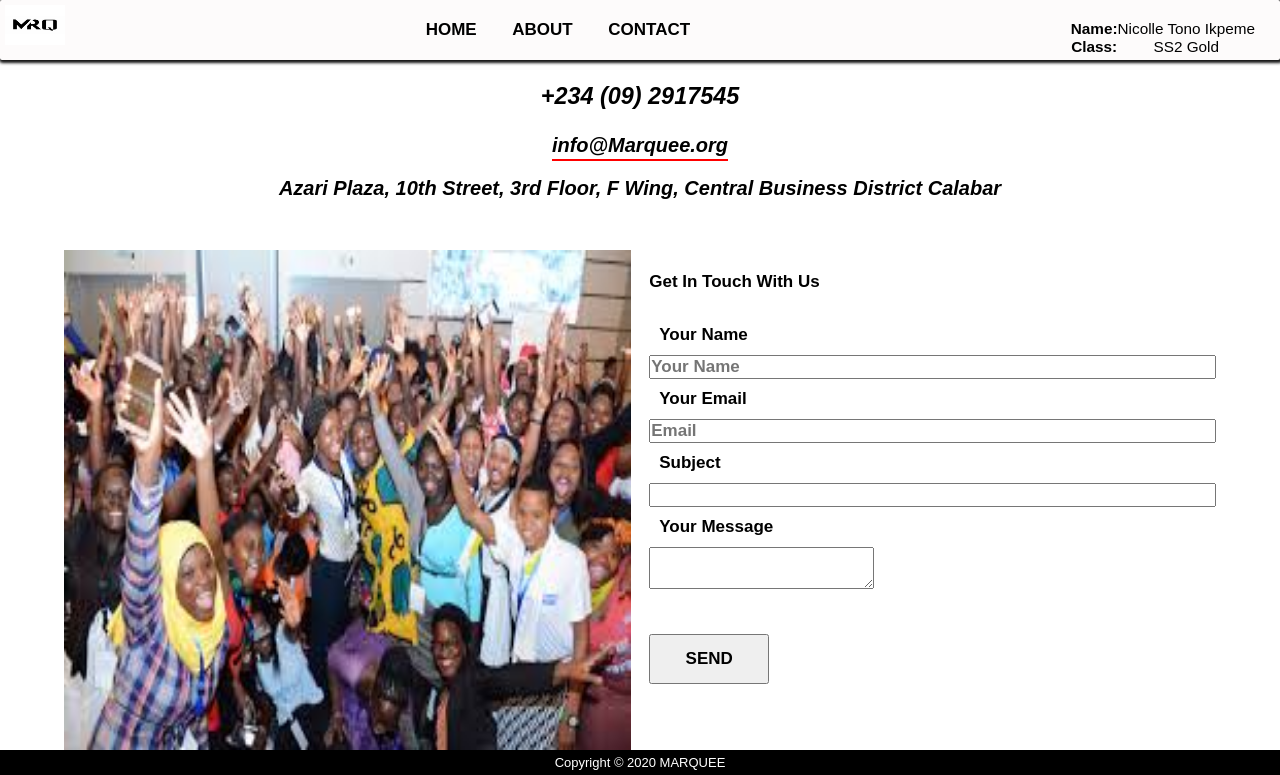
Repository: pboi18/Marquee.org
Page: contact.html
The author's editor kept a copy of each file at every save. The page is drawn from the files as they stood at one save, then again after the next save.
The browser window is 1280 px wide. The pictures show the whole page.

Above is the page before, as saved 2020-07-11 22:30:55.

After the next save:
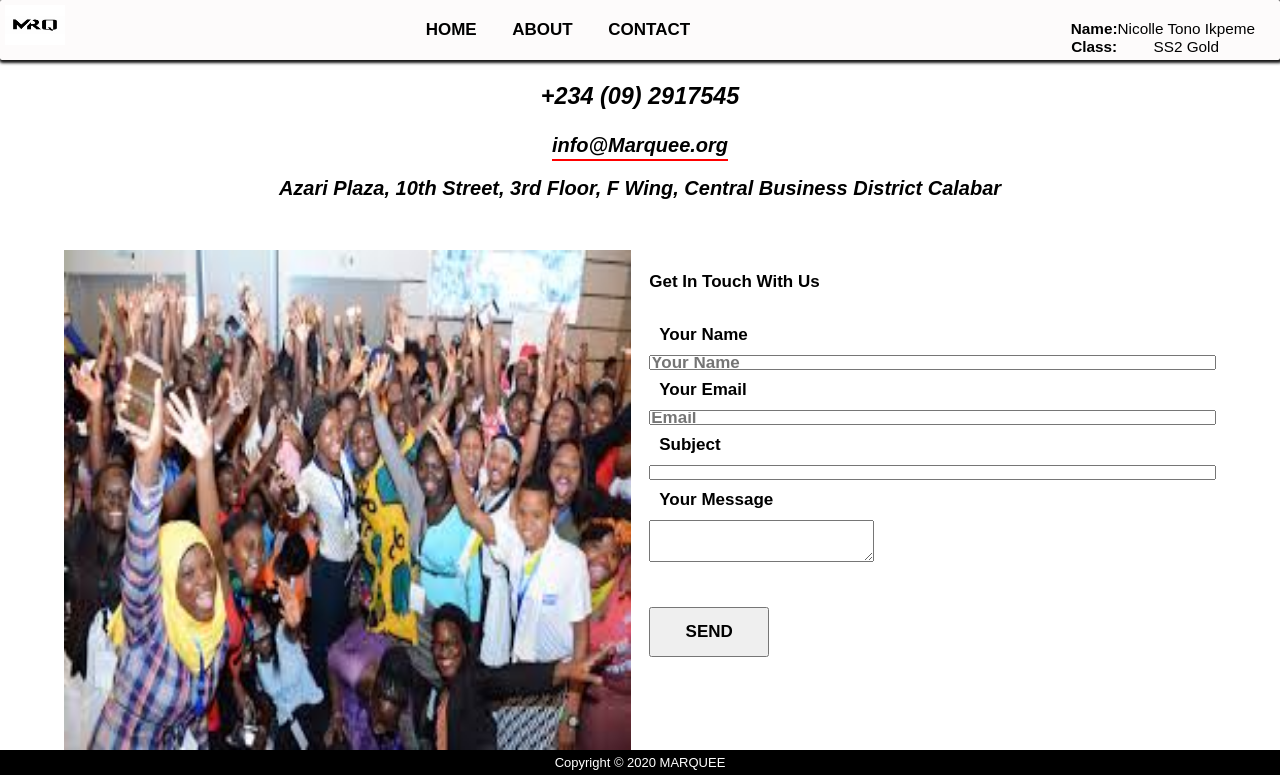
Saved 68 s later.
--- a/style.css
+++ b/style.css
@@ -27,6 +27,7 @@ label {
 input {
     display: block;
     width: 100%;
+    height: 15px;
 }
 
 button {
